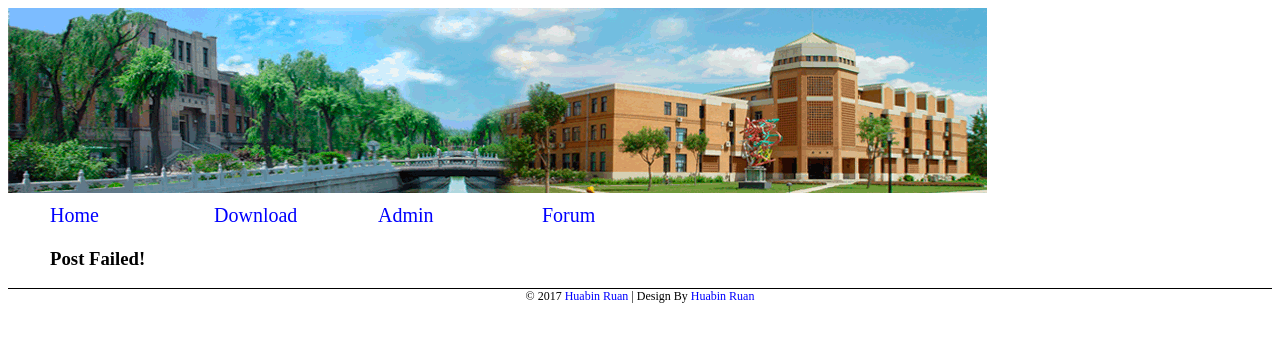
Repository: ruanhuabin/LifeSoftwareWebSite
Page: http://localhost/CryoEM/software_post_error.jsp
These files come from the project's save history. The page is drawn as it stood at one moment and after the next save; the edit follows.
The browser window is 1280 px wide. The pictures show the whole page.
The page is served by Tomcat 9. Nobody is signed in. The application's start-up code is not run. Other server files are loaded and not shown.

Above is the page before, as saved 2017-08-14 02:21:26.

### CryoEM/WebRoot/software_post_error.jsp
<%@ page language="java" import="java.util.*" pageEncoding="utf-8"%>
<%
String path = request.getContextPath();
String basePath = request.getScheme()+"://"+request.getServerName()+":"+request.getServerPort()+path+"/";
%>


<!DOCTYPE html PUBLIC "-//W3C//DTD XHTML 1.0 Transitional//EN" "http://www.w3.org/TR/xhtml1/DTD/xhtml1-transitional.dtd">
<html xmlns="http://www.w3.org/1999/xhtml">
<head>
<meta http-equiv="Content-Type" content="text/html; charset=utf-8" />

<link href="<%=basePath%>/style.css" rel="stylesheet" type="text/css" />
<style type="text/css">
	#navigation{list-style:none; text-align:left; font-size:20px; background:white; float:left}
	#navigation li{width:160px; height:20px; line-height:0px; float:left; margin:2px; list-style:none;}
	#navigation a{height:100%; display:block; text-decoration:none}
	#navigation .curr{background:url(sub/images/nav_on.png); color:red;} /* 点击后的样式 */
</style>
</head>
<body>



<div id="main_container_x">

<div id="header">
</div>
<div id="navigation">
	<ul>
		<li><a href="<%=path%>/index.jsp">Home</font></a></li>
		<li><a href="<%=path%>/user/User_listSoftware.action">Download</a></li>
		<li><a href="<%=path%>/post/Admin_toAdmin.action">Admin</a></li>
		<li><a href="http://10.10.32.133/qa">Forum</a></li>
	</ul>
</div>
<script type="text/javascript">
		var index_plist = {
			obj : document.getElementById("navigation")
					.getElementsByTagName("li"),
			currObj : null,
			init : function() {
				for (i = 0; i < index_plist.obj.length; i++) {
					eval("index_plist.obj[i].getElementsByTagName('a')[0].onclick=function(){this.className='curr';if(index_plist.currObj){index_plist.currObj.className=''}index_plist.currObj=this}");
				}
			}
		};
		index_plist.init();
</script>


<!--
<div id="navigation2"><a href="#">Home</a> <a href="#">Clock</a> <a href="software_publish.jsp">Time</a> <a href="#">Simple</a> <a href="#">Links</a> <a href="#">Contact</a> </div>
 -->

<br/>
<br/>
 <h3 align="left">&nbsp;&nbsp;&nbsp;&nbsp;&nbsp;&nbsp;&nbsp;&nbsp;
	 Post Failed!
 </h3>
<!-- <h2>Lorem Ipsum </h2> -->




<!-- <p>Before you dive deep into lorem ipsum, please note that if you have any issues with this design (be it coding issues, an unresolved hatred, whatever) open up the <a href="#">readme.txt</a> file included with this design to find out how to contact me. </p> -->
<!-- <p>This design is open source, so feel free to edit it as you wish, but you must keep &quot;design by jeremy d&quot; at the bottom. </p> -->
<!-- <p>Lorem ipsum dolor sit amet, consectetuer adipiscing elit. Sed id felis sit amet dolor sollicitudin gravida. Lorem ipsum dolor sit amet, consectetuer adipiscing elit. Fusce in quam. Pellentesque vel eros eu sapien auctor vehicula. Ut bibendum urna. Sed scelerisque augue eu tellus. Cras nibh mauris, porttitor a, nonummy tempus, hendrerit eu, leo. In ut urna feugiat nisl fermentum dictum. Aliquam quis lacus vel enim elementum lacinia. Sed nisi erat, fermentum at, dictum quis, ullamcorper at, dui. Phasellus ante mi, auctor sed, molestie eu, rutrum eu, augue. Phasellus at orci. Maecenas ut velit. Donec posuere odio nec sem. Praesent leo neque, varius sit amet, vulputate id, lobortis sed, leo. Mauris luctus. Aliquam elementum, tellus et lobortis rhoncus, sem ipsum blandit pede, quis vulputate leo erat eu purus. Praesent sapien. Ut auctor, nibh non dapibus eleifend, justo ligula dignissim ligula, sed elementum purus magna quis elit.</p> -->
<!-- <h2>Lorem Ipsum Strikes Back!</h2> -->
<!-- <p>Lorem ipsum dolor sit amet, etiam eu magna. Aliquam vulputate tempor magna. Duis lobortis ultricies dolor. Sed eros. Curabitur porta facilisis est. Cum sociis natoque penatibus et magnis dis parturient montes, nascetur ridiculus mus. Pellentesque sem neque, bibendum ut, pulvinar vitae, cursus eget, elit. Nam consequat. Sed posuere lectus tempus massa. Cras iaculis nonummy augue. Integer laoreet turpis at velit. Vivamus vehicula ligula et elit vulputate ullamcorper. Donec lacus.</p> -->
<!-- <p>Before you dive deep into lorem ipsum, please note that if you have any issues with this design (be it coding issues, an unresolved hatred, whatever) open up the <a href="#">readme.txt</a> file included with this design to find out how to contact me. </p> -->
<!-- <p>This design is open source, so feel free to edit it as you wish, but you must keep &quot;design by jeremy d&quot; at the bottom. </p> -->
<!-- <p>Lorem ipsum dolor sit amet, consectetuer adipiscing elit. Sed id felis sit amet dolor sollicitudin gravida. Lorem ipsum dolor sit amet, consectetuer adipiscing elit. Fusce in quam. Pellentesque vel eros eu sapien auctor vehicula. Ut bibendum urna. Sed scelerisque augue eu tellus. Cras nibh mauris, porttitor a, nonummy tempus, hendrerit eu, leo. In ut urna feugiat nisl fermentum dictum. Aliquam quis lacus vel enim elementum lacinia. Sed nisi erat, fermentum at, dictum quis, ullamcorper at, dui. Phasellus ante mi, auctor sed, molestie eu, rutrum eu, augue. Phasellus at orci. Maecenas ut velit. Donec posuere odio nec sem. Praesent leo neque, varius sit amet, vulputate id, lobortis sed, leo. Mauris luctus. Aliquam elementum, tellus et lobortis rhoncus, sem ipsum blandit pede, quis vulputate leo erat eu purus. Praesent sapien. Ut auctor, nibh non dapibus eleifend, justo ligula dignissim ligula, sed elementum purus magna quis elit.</p> -->


<div id="footer">&copy; 2017 <a href="mailto:ruanhuabin@tsinghua.edu.cn">Huabin Ruan</a> | Design By <a href="#">Huabin Ruan</a> </div>
</div>


</body>
</html>

### CryoEM/WebRoot/style.css
#header {height:185px; width:100%;background-image: url(images/banner.png);background-repeat: no-repeat; background-color:white;}
body
{
	background-color:white;
	font-family: "Times New Roman",Georgia,Serif
}
#footer {
	width:100%;
	border-top:  #000000 1px solid;
	text-align:center;
	font-size:12px;
	}


.form-div {
    /* border: 1px solid black; */
    margin-top: 50px;
    margin-bottom: 100px;
    margin-right: 150px;
    margin-left: 80px;
    background-color: white;
}

#admin-login-form {

   /*  margin-top: 50px;
    margin-bottom: 100px;
    margin-right: 150px;
    margin-left: 200px;
    background-color: white; */
    align: center

}



#content-div {
   /*  border: 1px solid black; */
    margin-top: 40px;
    margin-bottom: 100px;
    margin-right: 150px;
    margin-left: 0px;
    background-color: white;
}


#main-container {
	width:1000px;
	/* width:80% */
	border: #000000 0px solid;
	margin: 0 auto;
 	background-color:#FEFEFE;
   /*  background-color:white; */

    clear:both;
	padding:250px 100px;
	}

#leftbar {
	float:left;
	width:800px;
	border-right:1px solid #BCBDBC;
}

#rightbar {
	float:left;
	width:200px;
}

a
{
	text-decoration: none;
	color:blue;
}

a:hover
{
	color:red;
}
a:visited
{
	color: blue;
}

ul {margin-left: 0; padding-left: 40px;}
/* li {margin-left: 0; padding-left: 50px;} */

#navigation{list-style:none; text-align:left; font-size:20px; background:white; float:left}
#navigation li{width:160px; height:20px; line-height:0px; float:left; margin:2px; list-style:none;}
#navigation a{height:100%; display:block; text-decoration:none}
#navigation .curr{background:url(sub/images/nav_on.png); color:red;}

After the next save:
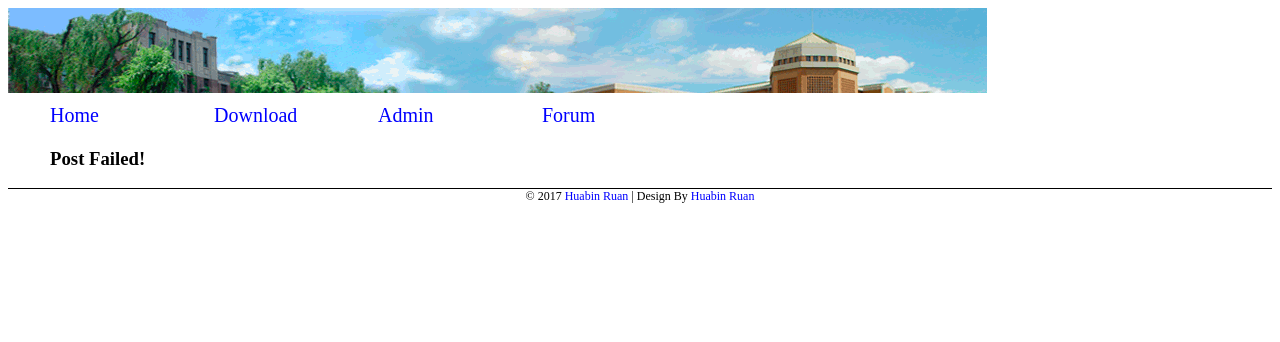
Saved 79 s later.
--- a/CryoEM/WebRoot/style.css
+++ b/CryoEM/WebRoot/style.css
@@ -1,4 +1,4 @@
-#header {height:185px; width:100%;background-image: url(images/banner.png);background-repeat: no-repeat; background-color:white;}
+#header {height:85px; width:100%;background-image: url(images/banner.png);background-repeat: no-repeat; background-color:white;}
 body
 {
 	background-color:white;

After the save that followed:
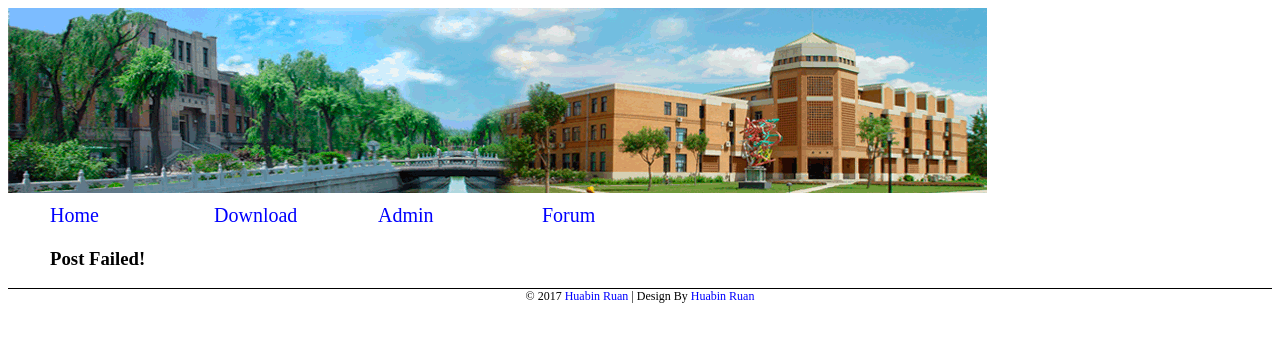
Saved 94 s later.
--- a/CryoEM/WebRoot/style.css
+++ b/CryoEM/WebRoot/style.css
@@ -1,4 +1,4 @@
-#header {height:85px; width:100%;background-image: url(images/banner.png);background-repeat: no-repeat; background-color:white;}
+#header {height:185px; width:100%;background-image: url(images/banner.png);background-repeat: no-repeat; background-color:white;}
 body
 {
 	background-color:white;
